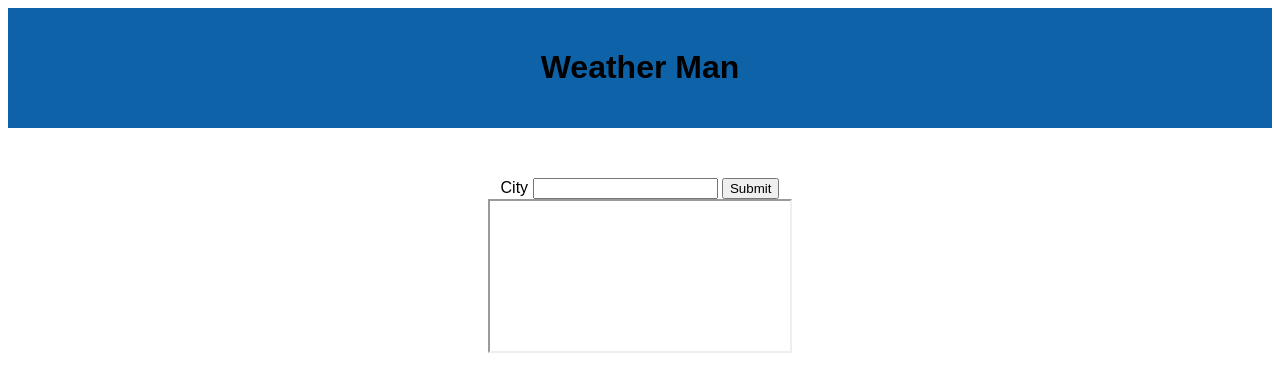
Repository: zackaroo20/Web-Assignment4-API
Page: index.html
These files come from the project's save history. The page is drawn as it stood at one moment and after the next save; the edit follows.
The browser window is 1280 px wide. The pictures show the whole page.

Above is the page before, as saved 2026-11-14 18:47:55.
Console error: TypeError: Cannot read properties of null (reading 'addEventListener')

### index.html
<!DOCTYPE html>
<html lang="en">
<head>
    <meta charset="UTF-8">
    <meta name="viewport" content="width=, initial-scale=1.0">
    <link rel="stylesheet" href="fancy.css">
    <title>Document</title>
</head>
<header>
 <h1>Weather Man</h1>
 </header>


<body>
    <script src="Brains.js"></script>

    <form target="iframename" method="post" id="userForm">

        <label for="city">City</label>

        <input type="text" name="city"/>
        <input type="submit">
    </form>

    <iframe name="iframe"></iframe>



</body>
</html>

### fancy.css

header {
  background-color: #0e63a8;
  padding: 20px;
  text-align: center;
  margin-bottom: 50px;
}
body {
  font-family: Arial, sans-serif;
  padding: 20;
  text-align: center;
}

### Brains.js
"use strict";

function handleSumbit(event) {
    event.PreventDefault();







}
const form = document.getElementById('userForm');
form.addEventListener("submit", handleSubmit);

After the next save:
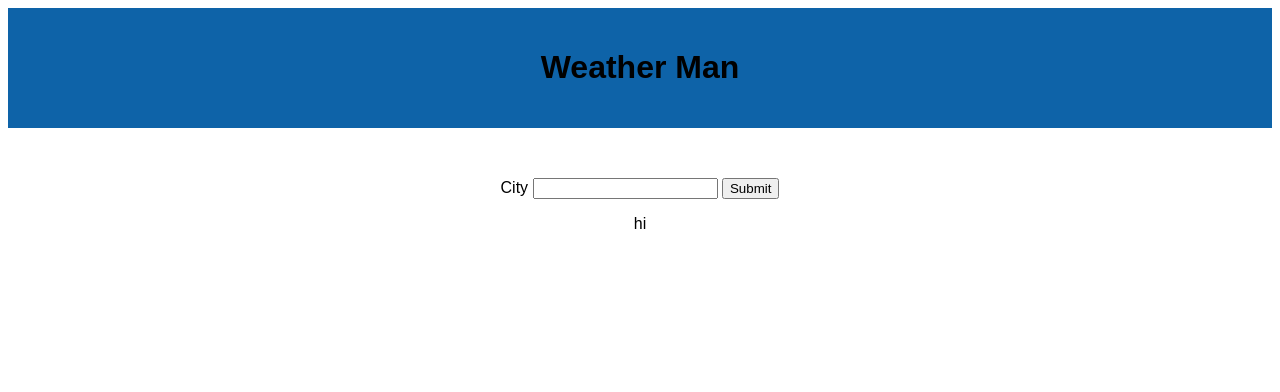
Saved 2 min 54 s later.
--- a/index.html
+++ b/index.html
@@ -14,7 +14,7 @@
 <body>
     <script src="Brains.js"></script>
 
-    <form target="iframename" method="post" id="userForm">
+    <form target="_self" method="post" id="userForm">
 
         <label for="city">City</label>
 
@@ -22,7 +22,7 @@
         <input type="submit">
     </form>
 
-    <iframe name="iframe"></iframe>
+    <p id="city">hi</p>
 
 
 
